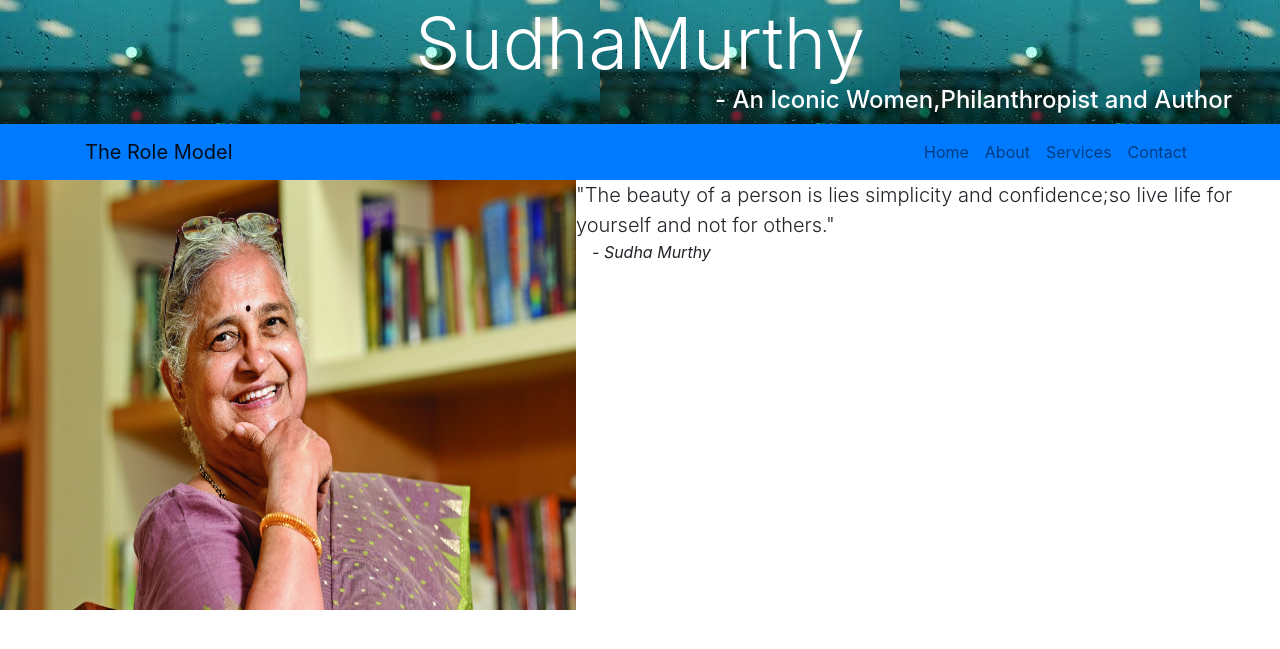
Repository: sumanthr18/RoleModel
Page: index.html
An editor plug-in stored every save of this project. The page is shown before and after the next save, followed by the edit.
The browser window is 1280 px wide. The pictures show the whole page.

Above is the page before, as saved 2020-03-14 17:52:48.

After the next save:
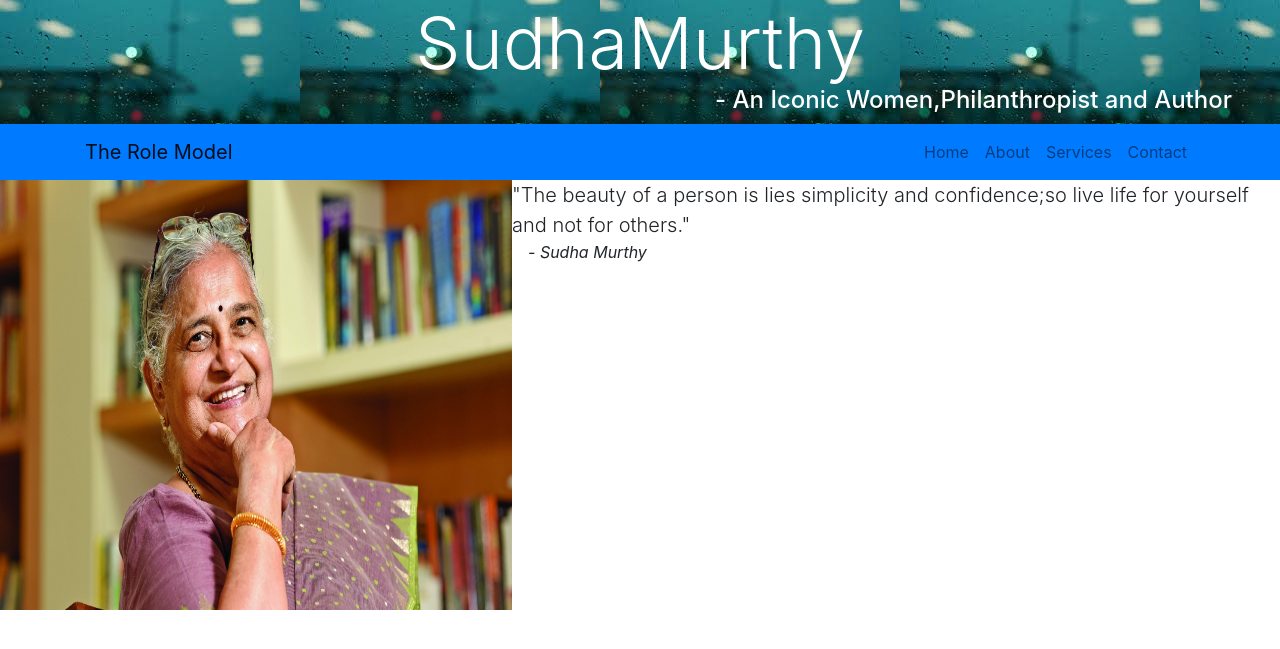
Saved 5 s later.
--- a/index.html
+++ b/index.html
@@ -37,7 +37,7 @@
     </nav>
 
 <div class="media">
-        <img class="" style="width:45%;height:430px" src="Sudha_Murty_1-update.jpg">
+        <img class="" style="width:40%;height:430px" src="Sudha_Murty_1-update.jpg">
         <blockquote>
             <p class="mb-0 lead">"The beauty of a person is lies simplicity and confidence;so live life for yourself and not for others."</p>
             <footer class="ml-3"><cite>- Sudha Murthy</cite></footer>
